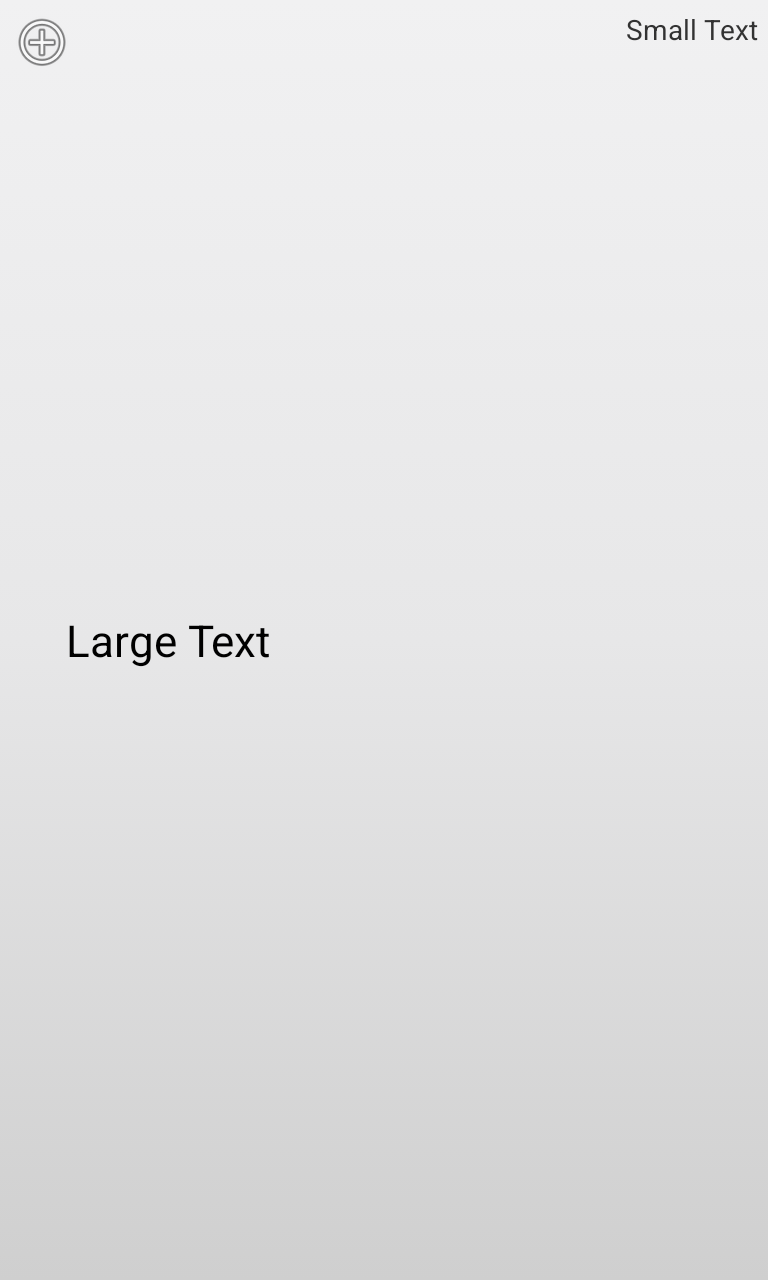
Repository: satyadarls/ToDo
Layout: ToDo/res/layout/list_row.xml
The author's editor kept a copy of each file at every save. The layout is drawn from the files as they stood at one save, then again after the next save.
It is drawn on a 768 x 1280 px phone screen (xhdpi) without system bars, with theme AppTheme; the app's code is not run.

Above is the layout before, as saved 2014-07-01 08:01:08.

After the next save:
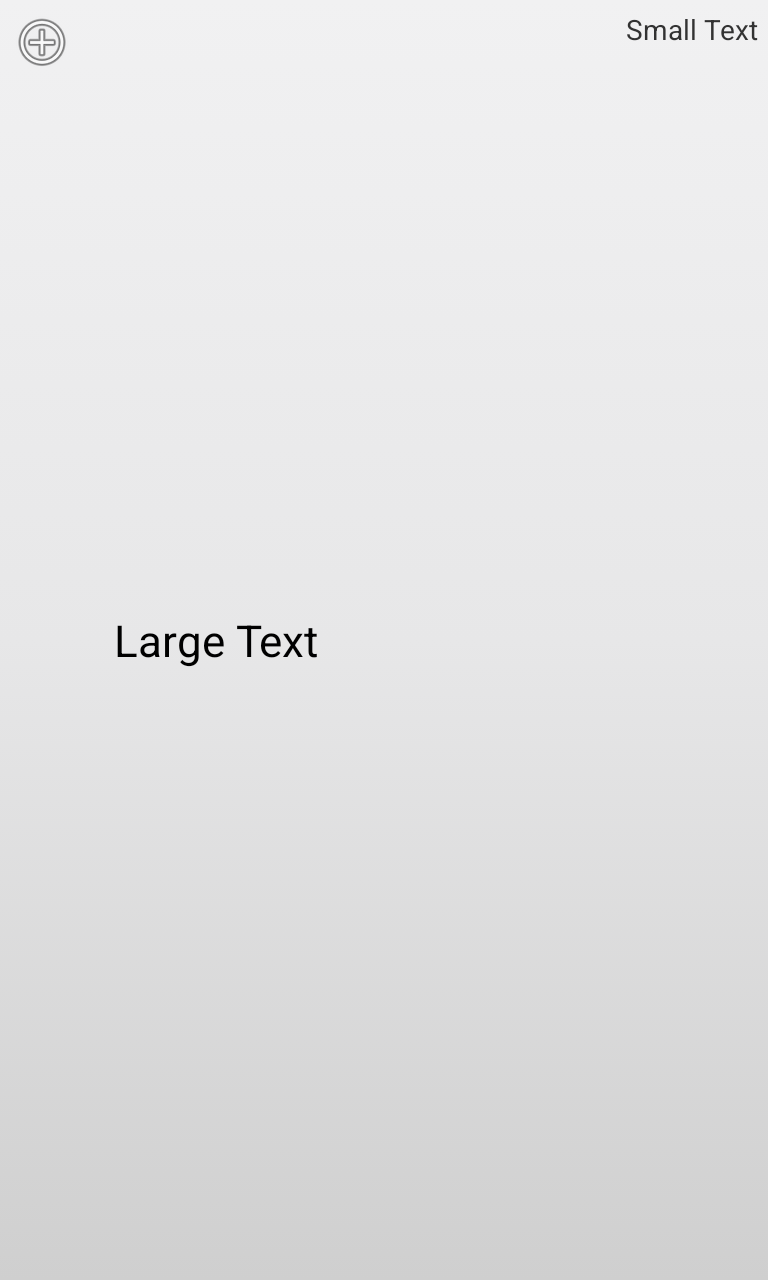
Saved 31 s later.
--- a/ToDo/res/layout/list_row.xml
+++ b/ToDo/res/layout/list_row.xml
@@ -15,16 +15,6 @@
         android:src="@android:drawable/ic_menu_add" />
 
     <TextView
-        android:id="@+id/taskText"
-        android:layout_width="wrap_content"
-        android:layout_height="wrap_content"
-        android:layout_alignParentLeft="true"
-        android:layout_centerVertical="true"
-        android:layout_marginLeft="28dp"
-        android:text="Large Text"
-        android:textAppearance="?android:attr/textAppearanceLarge" />
-
-    <TextView
         android:id="@+id/timeText"
         android:layout_width="wrap_content"
         android:layout_height="wrap_content"
@@ -33,6 +23,14 @@
         android:text="Small Text"
         android:textAppearance="?android:attr/textAppearanceSmall" />
 
-
+    <TextView
+        android:id="@+id/taskText"
+        android:layout_width="wrap_content"
+        android:layout_height="wrap_content"
+        android:layout_centerVertical="true"
+        android:layout_marginLeft="20dp"
+        android:layout_toRightOf="@+id/imageView1"
+        android:text="Large Text"
+        android:textAppearance="?android:attr/textAppearanceLarge" />
 
   </RelativeLayout>
